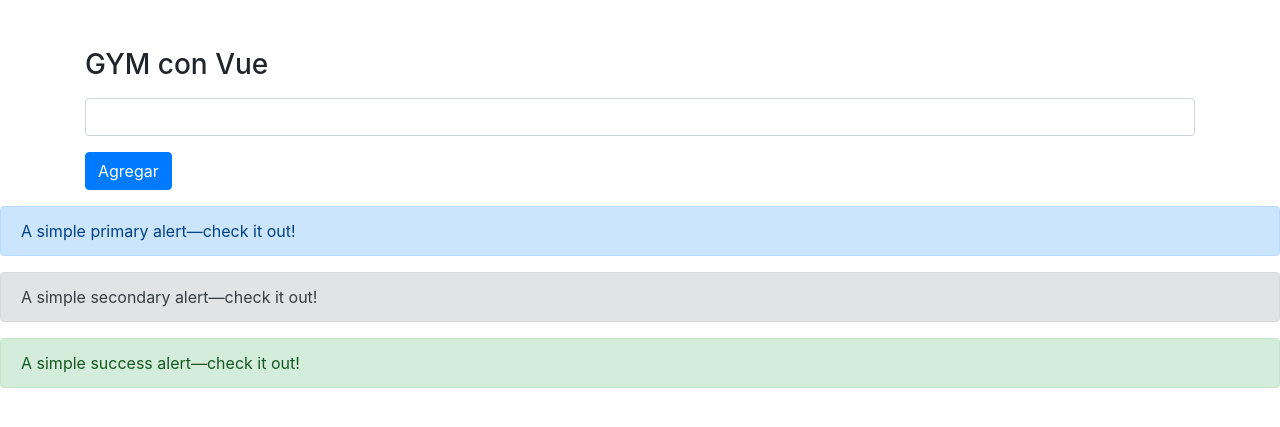
Repository: RonaldVega14/VueProjects
Page: LocalStorage/index.html
The author's editor kept a copy of each file at every save. The page is drawn from the files as they stood at one save, then again after the next save.
The browser window is 1280 px wide. The pictures show the whole page.

Above is the page before, as saved 2019-11-13 14:43:41.

After the next save:
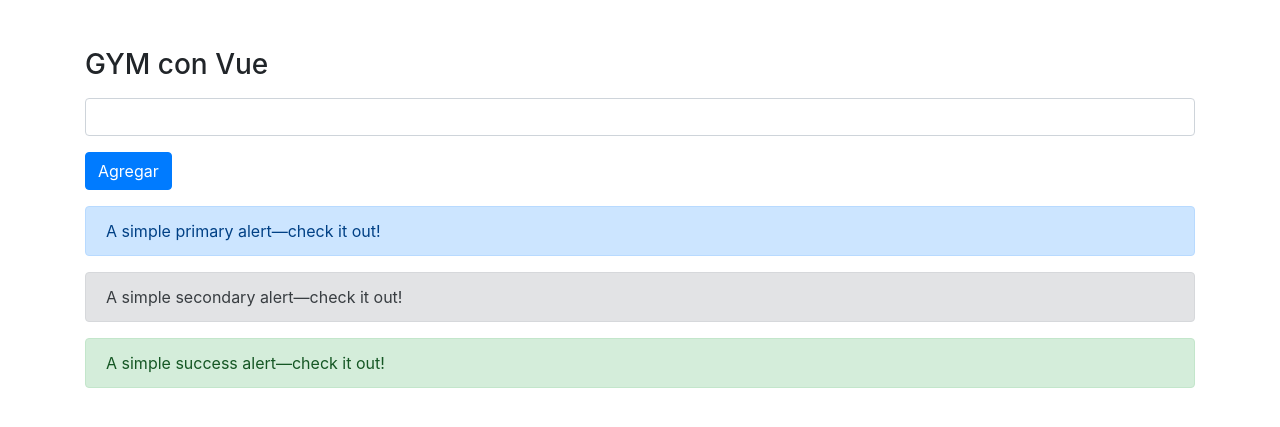
Saved 57 s later.
--- a/LocalStorage/index.html
+++ b/LocalStorage/index.html
@@ -16,18 +16,19 @@
 
         <input type="text" class="form-control my-3">
         <button class="btn btn-primary">Agregar</button>
-    </div>
 
-    <div class="mt-3">
-            <div class="alert alert-primary" role="alert">
-                    A simple primary alert—check it out!
-                  </div>
-                  <div class="alert alert-secondary" role="alert">
-                    A simple secondary alert—check it out!
-                  </div>
-                  <div class="alert alert-success" role="alert">
-                    A simple success alert—check it out!
-                  </div>
+        <div class="mt-3">
+                <div class="alert alert-primary" role="alert">
+                        A simple primary alert—check it out!
+                      </div>
+                      <div class="alert alert-secondary" role="alert">
+                        A simple secondary alert—check it out!
+                      </div>
+                      <div class="alert alert-success" role="alert">
+                        A simple success alert—check it out!
+                      </div>
+        </div>
+
     </div>
 
     <script src="https://cdn.jsdelivr.net/npm/vue/dist/vue.js"></script>
